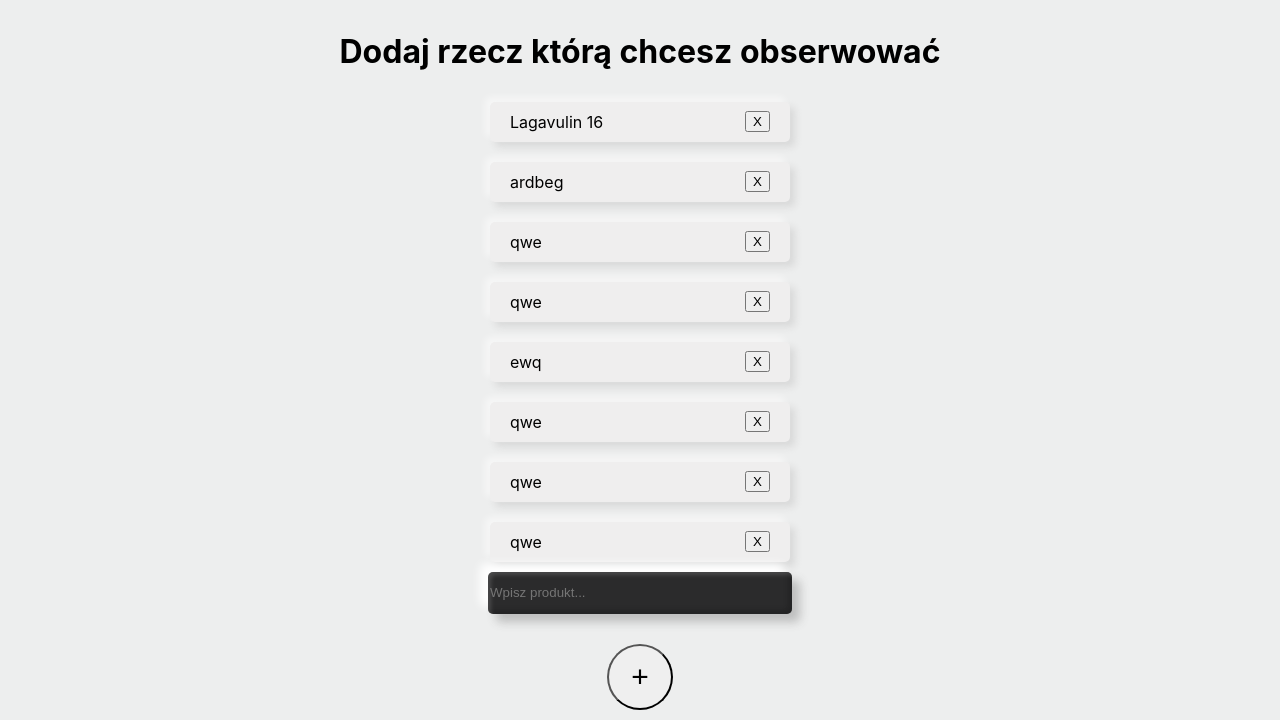
Repository: matedoo/crawler
Page: /MainApp
The author's editor kept a copy of each file at every save. The page is drawn from the files as they stood at one save, then again after the next save.
The browser window is 1280 px wide. The pictures show the whole page.
The project was rebuilt for these pictures with package versions that can differ from the ones it lists, and the page was loaded fresh each time. Requests to the local data server were answered from the project's data file. Also part of the build but not shown: src/Components/button.js, src/Components/LoginComponents/LoginApp.js, src/Components/LoginComponents/RegisterApp.js, src/Components/btnContainer.js, src/Components/heading.js, src/Components/LoginComponents/StartApp.js.

Above is the page before, as saved 2020-05-01 18:25:57.

### public/index.html
<!DOCTYPE html>
<html lang="en">
  <head>
    <meta charset="utf-8" />
    <link rel="icon" href="%PUBLIC_URL%/favicon.ico" />
    <meta name="viewport" content="width=device-width, initial-scale=1" />
    <meta name="theme-color" content="#000000" />
    <meta
      name="description"
      content="Web site created using create-react-app"
    />
    <link rel="apple-touch-icon" href="%PUBLIC_URL%/logo192.png" />
    <!--
      manifest.json provides metadata used when your web app is installed on a
      user's mobile device or desktop. See https://developers.google.com/web/fundamentals/web-app-manifest/
    -->
    <link rel="manifest" href="%PUBLIC_URL%/manifest.json" />
    <!--
      Notice the use of %PUBLIC_URL% in the tags above.
      It will be replaced with the URL of the `public` folder during the build.
      Only files inside the `public` folder can be referenced from the HTML.

      Unlike "/favicon.ico" or "favicon.ico", "%PUBLIC_URL%/favicon.ico" will
      work correctly both with client-side routing and a non-root public URL.
      Learn how to configure a non-root public URL by running `npm run build`.
    -->
    <title>Racoon</title>
  </head>
  <body>
    <noscript>You need to enable JavaScript to run this app.</noscript>
    <div id="root"></div>

  </body>
</html>

### src/App.js
import React from 'react';
import LoginApp from './Components/LoginComponents/LoginApp'
import RegisterApp from './Components/LoginComponents/RegisterApp'
import StartApp from './Components/LoginComponents/StartApp'
import MainApp from './Components/MainApp/MainApp'
import {BrowserRouter as Router, Switch, Route} from 'react-router-dom'




class App extends React.Component {

  render(){
    return (
      <Router>
        <Switch>
          <Route path='/' exact component={StartApp}></Route>
          <Route path='/LoginApp' component={LoginApp}></Route>
          <Route path='/RegisterApp' component={RegisterApp}></Route>
          <Route path='/MainApp' component={MainApp}></Route>
        </Switch>
      </Router>
    );
  }
}



export default App;

### src/Components/MainApp/MainApp.js
import React, { useState, useEffect } from 'react';
import styled, {keyframes} from 'styled-components';
import MainAppElement from './MainAppElement'


//http://localhost:4000/items

function MainApp(props) {
  const [inputValue, setInputValue] = useState('')

  const [fetchedData, setFetchedData] = useState([])
  const [dataError, setDataError] = useState(null)
  const [inputError, setInputError] = useState('')
  const [isLoading, setIsLoading] = useState(true)

  useEffect(() => {
    const myFetch = async () => {
      setIsLoading(true)

      try {
        const response = await fetch(`http://localhost:4000/items`)
        const responseParsed = await response.json()

        setIsLoading(false)
        setFetchedData(responseParsed)

      } catch(dataError){
        setIsLoading(false)
        setDataError(dataError)
      }

    }
    myFetch()
  }, [])

  if(isLoading){
    return <LoadSpinner></LoadSpinner>
  }
  if(dataError){
    return <p>Error...</p>
  }

  const handleInputChange = (event) => {
    const { value } = event.target

    setInputValue(value)

  }
  const handleButtonClick = () => {

    if(!inputValue) return;
    if(fetchedData.some(el => el.title === inputValue)){
      setInputError('Ten przedmiot już jest na liście')
      return;
    }else{
      fetch('http://localhost:4000/items', {
        method: 'POST', // or 'PUT'
        headers: {
          'Content-Type': 'application/json',
        },
        body: JSON.stringify({
          title: inputValue
      }),
      })
      .then((response) => response.json())
      .then((data) => {

        setFetchedData([...fetchedData, data])
        setInputError('')
        setInputValue('')
        console.log('Success:', data);
      })
      .catch((error) => {
        console.error('Error:', error);
      });
    }


  }

  const handleElementRemove = (elID) => {
    fetch(`http://localhost:4000/items/${elID}`, {
        method: 'DELETE', // or 'PUT'
      })
      .then(() => {
        setFetchedData(fetchedData.filter(el => el.id !== elID))

      }).catch(err => {
       console.error(err)
      });

  }

    return (
      <LoginAppStyled>
        <h1>Dodaj rzecz którą chcesz obserwować</h1>
        {fetchedData.map((el, index) => (
          <MainAppElement
            key={index}
            value={el.id}
            element={el.title}
            handleCloseClick={handleElementRemove}
          />
        ))}
        <AddInput
          name='listelemt'
          placeholder='Wpisz produkt...'
          value={inputValue}
          onChange={handleInputChange}
        />
        <AddButton onClick={handleButtonClick}></AddButton>
        {!!inputError &&
        <p>{inputError}</p>
        }
      </LoginAppStyled>
    );

}

export default MainApp;

const loadingspin = keyframes`
  from {
    transform: rotate(0deg);
  }

  to {
    transform: rotate(360deg);
  }
`;
const LoadSpinner = styled.div`
  position: absolute;
  top: 50%;
  left: 49%;
  pointer-events: none;
	width: 2.5em;
	height: 2.5em;
	border: 0.4em solid transparent;
	border-color: #eee;
	border-top-color: #000;
	border-radius: 50%;
	animation: ${loadingspin} 1s linear infinite;
`
const AddInput = styled.input`
  width: 300px;
  height: 40px;
  border-radius: 5px;
  border: 0;
  color: #fff;
  box-shadow: -8px -8px 10px 0 #ffffff, 8px 8px 10px 0 rgba(80, 78, 78, 0.3), inset 3px 3px 4px 0 rgba(255, 255, 255, 0.15), inset -4px -4px 4px 0 rgba(17, 16, 16, 0.25);
  background-color: #2b2b2c;
`
const AddButton = styled.button`
  width: 66px;
  height: 66px;
  color: #000;
  border-radius: 50px;
  font-size: 30px;
  margin-top: 30px;
  &:before{
    position: relative;
    content:"+";
  }
`
const LoginAppStyled = styled.div`
   background-color: #edeeee;
   margin: 0;
   padding:0;
   height: 100vh;
   width: 100%;
   display: flex;
   align-items: center;
   justify-content: center;
   flex-direction: column;
`

### src/Components/MainApp/MainAppElement.js
import React from 'react';
import styled from 'styled-components';

function MainAppElement(props){
    const {value, element, handleCloseClick} = props;
    return(
        <ElementStyled value={value}>
            {element}
            <button onClick={ () => handleCloseClick(value)}>X</button>
        </ElementStyled>

    )
}

export default MainAppElement;

const ElementStyled = styled.div`
  width: 260px;
  height: 40px;
  margin: 10px 0 10px 0;
  border-radius: 5px;
  box-shadow: -5px -5px 7px 0 rgba(255, 255, 255, 0.5), 5px 5px 7px 0 rgba(194, 193, 192, 0.45);
  display: flex;
  align-items: center;
  justify-content: space-between;
  padding: 0 20px 0 20px;
  background-color: #efeeee;
`

### db.json
{
  "items": [
    {
      "title": "Lagavulin 16",
      "id": 1
    },
    {
      "title": "ardbeg",
      "id": 3
    },
    {
      "title": "qwe",
      "id": 4
    },
    {
      "title": "qwe",
      "id": 5
    },

    {
      "title": "ewq",
      "id": 11
    },
    {
      "title": "qwe",
      "id": 12
    },
    {
      "title": "qwe",
      "id": 13
    },
    {
      "title": "qwe",
      "id": 14
    }
  ]
}

Loaded but not shown: src/index.js (common file); src/styles/index.css (common file); src/serviceWorker.js (common file)

After the next save:
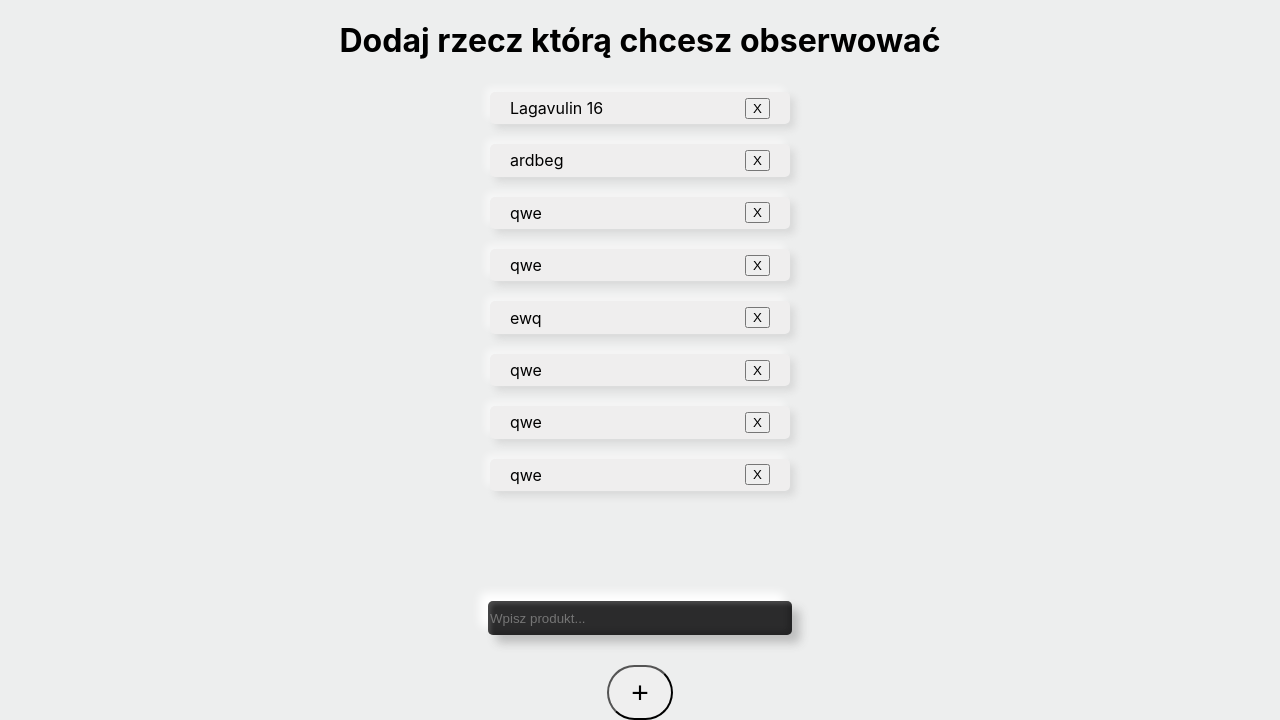
Saved 44 s later.
--- a/src/Components/MainApp/MainApp.js
+++ b/src/Components/MainApp/MainApp.js
@@ -144,6 +144,7 @@ const LoadSpinner = styled.div`
 const AddInput = styled.input`
   width: 300px;
   height: 40px;
+  margin-top: 100px;
   border-radius: 5px;
   border: 0;
   color: #fff;
